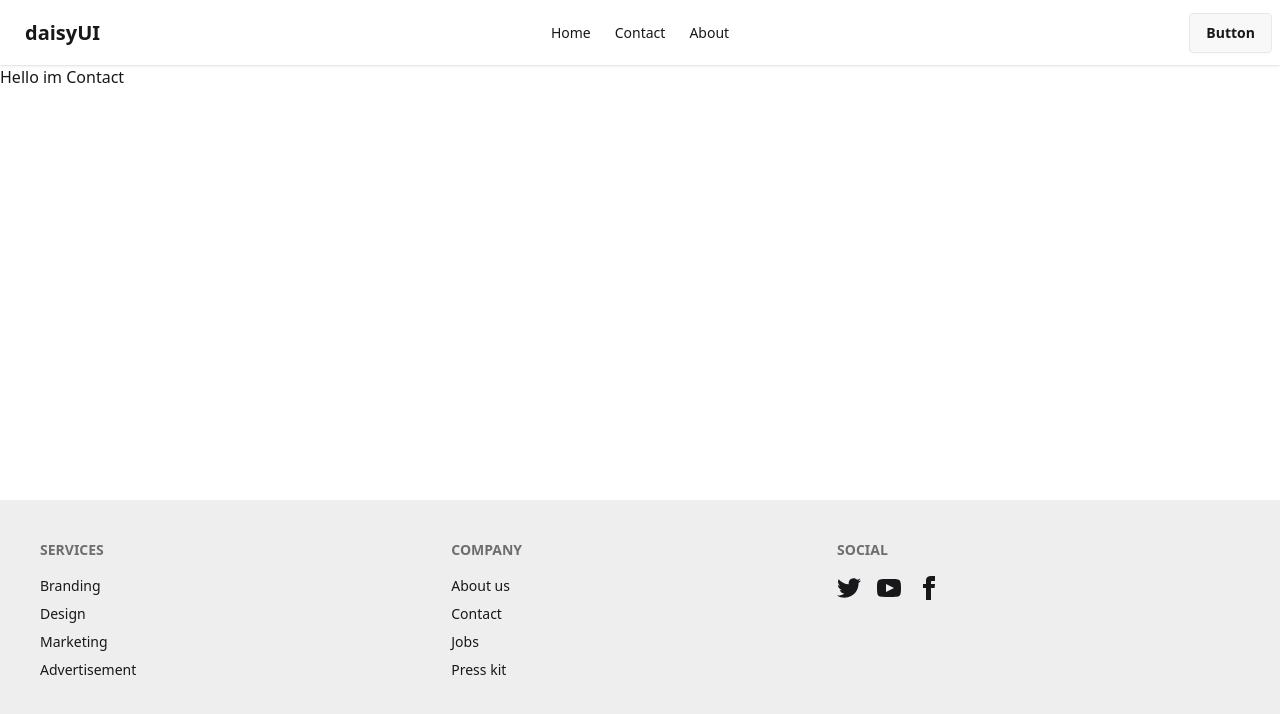
Repository: hasanali3597/my-three
Page: /contact
The author's editor kept a copy of each file at every save. The page is drawn from the files as they stood at one save, then again after a run of saves.
The browser window is 1280 px wide. The pictures show the whole page.
The project was rebuilt for these pictures with package versions that can differ from the ones it lists, and the page was loaded fresh each time. Also part of the build but not shown: vite.config.js, src/pages/Home.jsx, src/pages/About.jsx, src/components/LoadingSpinner.jsx, src/pages/PlantDetails.jsx.

Above is the page before, as saved 2025-11-22 14:43:16.

### index.html
<!doctype html>
<html lang="en">
  <head>
    <meta charset="UTF-8" />
    <link rel="icon" type="image/svg+xml" href="/vite.svg" />
    <meta name="viewport" content="width=device-width, initial-scale=1.0" />
    <title>router-explorer</title>
  </head>
  <body>
    <div id="root"></div>
    <script type="module" src="/src/main.jsx"></script>
  </body>
</html>

### src/main.jsx
import { StrictMode } from "react";
import { createRoot } from "react-dom/client";
import "./index.css";
import { createBrowserRouter } from "react-router";
import { RouterProvider } from "react-router/dom";
import Home from "./Pages/Home.jsx";
import Contact from "./Pages/Contact.jsx";
import About from "./pages/About.jsx";
import Root from "./root/root.jsx";
import PlantDetails from "./pages/PlantDetails.jsx";
import axios from "axios";
import LoadingSpinner from "./components/LoadingSpinner.jsx";

const router = createBrowserRouter([
  {
    path: "/",
    Component: Root,
    hydrateFallbackElement:<LoadingSpinner/>,
    children: [
      {
        index: true,
        element: <Home />,
        loader: () => fetch("https://openapi.programming-hero.com/api/plants"),
      },

      {
        path: "/contact",
        element: <Contact />,
      },
      {
        path: "/about",
        element: <About />,
      },
      {
        path: "/plant-details/:id",
        element: <PlantDetails/>,
       loader: ({params})=>
          axios (`https:openapi.programming-hero.com/api/plant/${params.id}`),
      },
    ],
  },
]);

createRoot(document.getElementById("root")).render(
  <StrictMode>
    <RouterProvider router={router} />
  </StrictMode>
);

### src/index.css
@import "tailwindcss";
@plugin "daisyui";
 @plugin "daisyui" {
   themes: light --default, dark --prefersdark;
 }

### src/pages/Contact.jsx
import React from "react";
import Navebar from "../Components/Navebar";
import Footer from "../Components/Footer";

const Contact = () => {
  return (
    <div>
      <p>Hello im Contact</p>
    </div>
  );
};

export default Contact;

### src/root/root.jsx
import React from "react";
import Navebar from "../Components/Navebar";
import Footer from "../Components/Footer";
import { Outlet, useNavigation } from "react-router";
import LoadingSpinner from "../components/LoadingSpinner";

const Root = () => {
  const navigation =useNavigation()
  console.log(navigation.state
)
  return (
    <div>
      <Navebar />
      {
        navigation?.state === 'loading'? <LoadingSpinner/> : <main className="min-h-[calc(100vh-285px)]">
        <Outlet />
      </main>
      }

      <Footer />
    </div>
  );
};

export default Root;

### src/components/Navebar.jsx
import React from "react";
import { Link } from "react-router";

const Navebar = () => {
  return (
    <div className="navbar bg-base-100 shadow-sm">
      <div className="navbar-start">
        <div className="dropdown">
          <div tabIndex={0} role="button" className="btn btn-ghost lg:hidden">
            <svg
              xmlns="http://www.w3.org/2000/svg"
              className="h-5 w-5"
              fill="none"
              viewBox="0 0 24 24"
              stroke="currentColor"
            >
              {" "}
              <path
                strokeLinecap="round"
                strokeLinejoin="round"
                strokeWidth="2"
                d="M4 6h16M4 12h8m-8 6h16"
              />{" "}
            </svg>
          </div>
          <ul
            tabIndex="-1"
            className="menu menu-sm dropdown-content bg-base-100 rounded-box z-1 mt-3 w-52 p-2 shadow"
          >
            <li>
              <Link to="/">Home</Link>
            </li>
            <li>
              <Link to="/contact">Contact</Link>
            </li>
            <li>
              <Link to="/about">About</Link>
            </li>
          </ul>
        </div>
        <a className="btn btn-ghost text-xl">daisyUI</a>
      </div>
      <div className="navbar-center hidden lg:flex">
        <ul className="menu menu-horizontal px-1">
          <li>
            <Link to="/">Home</Link>
          </li>
          <li>
            <Link to="/contact">Contact</Link>
          </li>
          <li>
            <Link to="/about">About</Link>
          </li>
        </ul>
      </div>
      <div className="navbar-end">
        <a className="btn">Button</a>
      </div>
    </div>
  );
};

export default Navebar;

### src/components/Footer.jsx
import React from "react";

const Footer = () => {
  return (
    <footer className="footer sm:footer-horizontal bg-base-300 text-base-content p-10">
      <nav>
        <h6 className="footer-title">Services</h6>
        <a className="link link-hover">Branding</a>
        <a className="link link-hover">Design</a>
        <a className="link link-hover">Marketing</a>
        <a className="link link-hover">Advertisement</a>
      </nav>
      <nav>
        <h6 className="footer-title">Company</h6>
        <a className="link link-hover">About us</a>
        <a className="link link-hover">Contact</a>
        <a className="link link-hover">Jobs</a>
        <a className="link link-hover">Press kit</a>
      </nav>
      <nav>
        <h6 className="footer-title">Social</h6>
        <div className="grid grid-flow-col gap-4">
          <a>
            <svg
              xmlns="http://www.w3.org/2000/svg"
              width="24"
              height="24"
              viewBox="0 0 24 24"
              className="fill-current"
            >
              <path d="M24 4.557c-.883.392-1.832.656-2.828.775 1.017-.609 1.798-1.574 2.165-2.724-.951.564-2.005.974-3.127 1.195-.897-.957-2.178-1.555-3.594-1.555-3.179 0-5.515 2.966-4.797 6.045-4.091-.205-7.719-2.165-10.148-5.144-1.29 2.213-.669 5.108 1.523 6.574-.806-.026-1.566-.247-2.229-.616-.054 2.281 1.581 4.415 3.949 4.89-.693.188-1.452.232-2.224.084.626 1.956 2.444 3.379 4.6 3.419-2.07 1.623-4.678 2.348-7.29 2.04 2.179 1.397 4.768 2.212 7.548 2.212 9.142 0 14.307-7.721 13.995-14.646.962-.695 1.797-1.562 2.457-2.549z"></path>
            </svg>
          </a>
          <a>
            <svg
              xmlns="http://www.w3.org/2000/svg"
              width="24"
              height="24"
              viewBox="0 0 24 24"
              className="fill-current"
            >
              <path d="M19.615 3.184c-3.604-.246-11.631-.245-15.23 0-3.897.266-4.356 2.62-4.385 8.816.029 6.185.484 8.549 4.385 8.816 3.6.245 11.626.246 15.23 0 3.897-.266 4.356-2.62 4.385-8.816-.029-6.185-.484-8.549-4.385-8.816zm-10.615 12.816v-8l8 3.993-8 4.007z"></path>
            </svg>
          </a>
          <a>
            <svg
              xmlns="http://www.w3.org/2000/svg"
              width="24"
              height="24"
              viewBox="0 0 24 24"
              className="fill-current"
            >
              <path d="M9 8h-3v4h3v12h5v-12h3.642l.358-4h-4v-1.667c0-.955.192-1.333 1.115-1.333h2.885v-5h-3.808c-3.596 0-5.192 1.583-5.192 4.615v3.385z"></path>
            </svg>
          </a>
        </div>
      </nav>
    </footer>
  );
};

export default Footer;

### src/components/ThemToggle.jsx
import React from 'react';

const ThemToggle = () => {
    return (
        <label className="flex cursor-pointer gap-2">
  <svg
    xmlns="http://www.w3.org/2000/svg"
    width="20"
    height="20"
    viewBox="0 0 24 24"
    fill="none"
    stroke="currentColor"
    strokeWidth="2"
    strokeLinecap="round"
    strokeLinejoin="round">
    <circle cx="12" cy="12" r="5" />
    <path
      d="M12 1v2M12 21v2M4.2 4.2l1.4 1.4M18.4 18.4l1.4 1.4M1 12h2M21 12h2M4.2 19.8l1.4-1.4M18.4 5.6l1.4-1.4" />
  </svg>
  <input type="checkbox" value="synthwave" className="toggle theme-controller" />
  <svg
    xmlns="http://www.w3.org/2000/svg"
    width="20"
    height="20"
    viewBox="0 0 24 24"
    fill="none"
    stroke="currentColor"
    strokeWidth="2"
    strokeLinecap="round"
    strokeLinejoin="round">
    <path d="M21 12.79A9 9 0 1 1 11.21 3 7 7 0 0 0 21 12.79z"></path>
  </svg>
</label>
    );
};

export default ThemToggle;

After the next 8 saves:
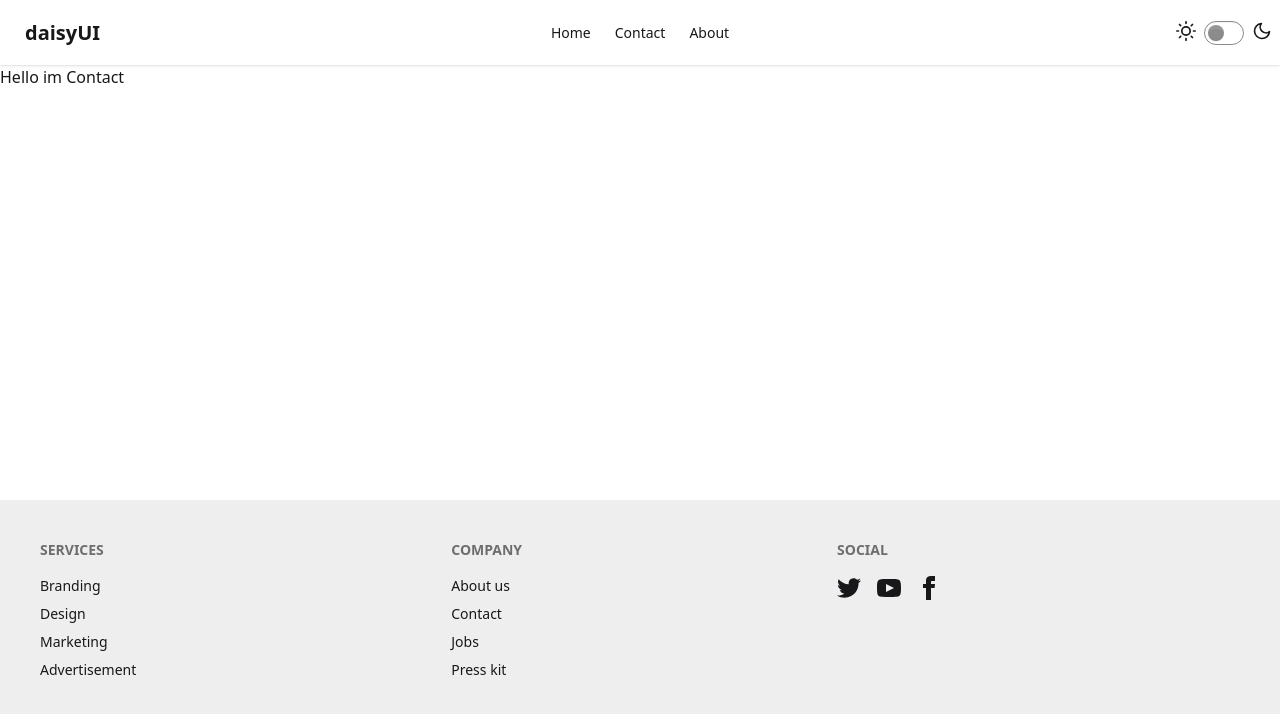
The 8 saves are shown as one change because 1 did not build or start and some came seconds apart.
The last was saved 2 min 16 s later.
--- a/src/components/Navebar.jsx
+++ b/src/components/Navebar.jsx
@@ -1,5 +1,6 @@
 import React from "react";
 import { Link } from "react-router";
+import ThemToggle from "./ThemToggle";
 
 const Navebar = () => {
   return (
@@ -54,7 +55,7 @@ const Navebar = () => {
         </ul>
       </div>
       <div className="navbar-end">
-        <a className="btn">Button</a>
+       <ThemToggle/>
       </div>
     </div>
   );
